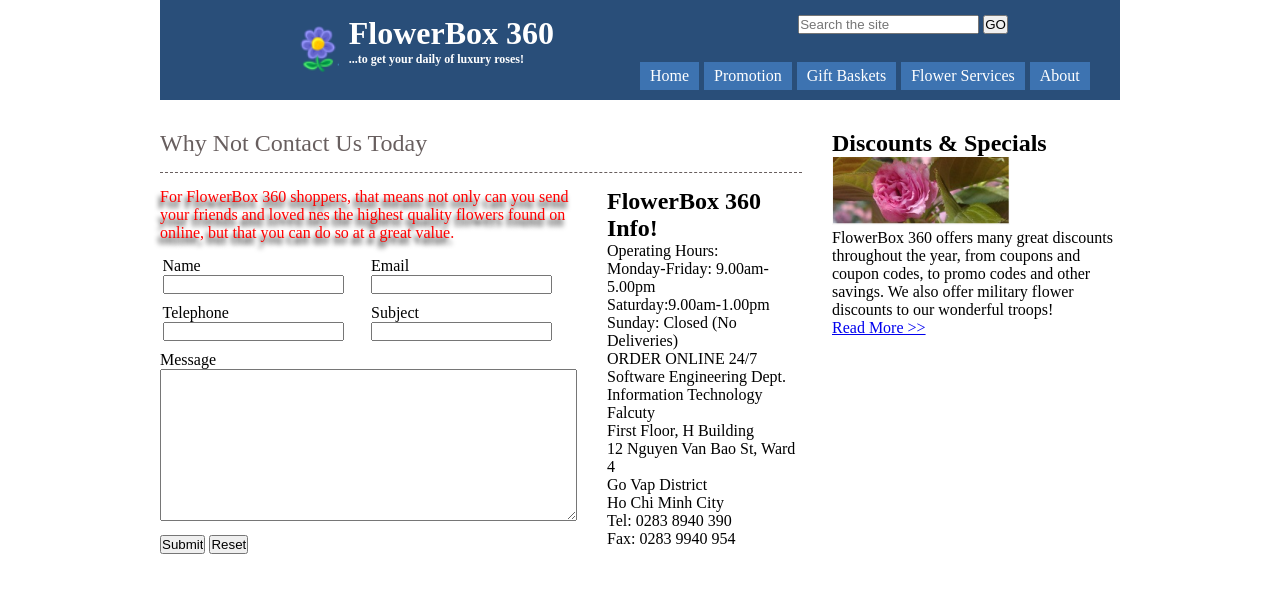
Repository: hoangnguyen1903/STT_21084321_NguyenHuyHoang_DHKHMT17B_Tuan4_DeThamKhao3
Page: html/demo.html
An editor plug-in stored every save of this project. The page is shown before and after the next save, followed by the edit.
The browser window is 1280 px wide. The pictures show the whole page.

Above is the page before, as saved 2023-03-09 15:00:46.

### html/demo.html
<!DOCTYPE html>
<html lang="en">
  <head>
    <meta charset="UTF-8" />
    <meta http-equiv="X-UA-Compatible" content="IE=edge" />
    <meta name="viewport" content="width=device-width, initial-scale=1.0" />
    <title>Demo 3</title>
    <style>
      * {
        padding: 0;
        box-sizing: border-box;
        margin: 0 auto;
      }

      .wrapper {
        width: 960px;
        height: 100%;
      }

      .header {
        width: 960px;
        height: 100px;
        background-color: #294e79;
        color: #fff;
        display: flex;
        position: relative;
      }

      .header > .header__left {
        display: flex;
        padding: 15px 20px;
      }

      .header > .header__left > img {
        padding-right: 10px;
      }

      .header > .header__left > div > h2 {
        font-size: 12px;
      }

      .header > .header__right {
        padding-top: 15px;
      }

      .header > .header__bottom {
        position: absolute;
        bottom: 10px;
        left: 50%;
        display: flex;
      }

      .header > .header__bottom > li {
        list-style: none;
        margin-right: 5px;
        background-color: #3d73b1;
        padding: 5px 10px;
      }

      .header > .header__bottom > li:hover {
        background-color: #fff;
      }

      .header > .header__bottom > li:hover > a {
        color: #000;
      }

      .header > .header__bottom > li > a {
        text-decoration: none;
        color: white;
      }

      .content {
        width: 960px;
        display: flex;
        margin-top: 30px;
      }

      .content > .content__left {
        width: calc(70% - 30px);
        margin-right: 30px;
      }

      .content > .content__left > .content__left-top {
        color: #685f5f;
        font-weight: 500;
        padding-bottom: 15px;
        border-bottom: 1px dashed #685f5f;
        margin-bottom: 15px;
      }

      .content > .content__left > .content__left-bottom {
        display: flex;
      }

      .content > .content__left > .content__left-bottom > .content__left-form {
        width: calc(70% - 30px);
        margin-right: 30px;
      }

      .content
        > .content__left
        > .content__left-bottom
        > .content__left-form
        > p {
        color: red;
        text-shadow: -2px 6px 5px #000;
        margin-bottom: 15px;
      }

      .content
        > .content__left
        > .content__left-bottom
        > .content__left-form
        > form {
        display: flex;
        flex-wrap: wrap;
      }

      .content
        > .content__left
        > .content__left-bottom
        > .content__left-form
        > form
        > div {
        width: calc(50% - 5px);
        margin-bottom: 10px;
      }

      .content
        > .content__left
        > .content__left-bottom
        > .content__left-form
        > form
        > div:nth-child(5) {
        width: 100%;
        margin-bottom: 10px;
      }

      .content
        > .content__left
        > .content__left-bottom
        > .content__left-form
        > form
        > div:nth-child(6) {
        width: 100%;
        margin-bottom: 10px;
      }

      .content > .content__right {
        width: 30%;
      }
    </style>
  </head>
  <body>
    <div class="wrapper">
      <div class="header">
        <div class="header__left">
          <img src="../img/AnhLogo.PNG" alt="Logo" class="logo" />
          <div>
            <h1>FlowerBox 360</h1>
            <h2>...to get your daily of luxury roses!</h2>
          </div>
        </div>
        <ul class="header__bottom">
          <li><a href="#">Home</a></li>
          <li><a href="#">Promotion</a></li>
          <li><a href="#">Gift Baskets</a></li>
          <li><a href="#">Flower Services</a></li>
          <li><a href="#">About</a></li>
        </ul>
        <div class="header__right">
          <input
            type="text"
            name="txt"
            id="txt"
            placeholder="Search the site"
          />
          <input type="button" value="GO" />
        </div>
      </div>
      <div class="content">
        <div class="content__left">
          <h2 class="content__left-top">Why Not Contact Us Today</h2>
          <div class="content__left-bottom">
            <div class="content__left-form">
              <p>
                For FlowerBox 360 shoppers, that means not only can you send
                your friends and loved nes the highest quality flowers found on
                online, but that you can do so at a great value.
              </p>
              <form action="">
                <div>
                  <label for="name">Name</label>
                  <input type="text" name="name" id="name" />
                </div>
                <div>
                  <label for="email">Email</label>
                  <input type="email" name="email" id="email" />
                </div>
                <div>
                  <label for="telephone">Telephone</label>
                  <input type="number" name="telephone" id="telephone" />
                </div>
                <div>
                  <label for="subject">Subject</label>
                  <input type="text" name="subject" id="subject" />
                </div>
                <div>
                  <label for="message">Message</label>
                  <div>
                    <textarea
                      name="message"
                      id="message"
                      cols="50"
                      rows="10"
                    ></textarea>
                  </div>
                </div>
                <div>
                  <input type="submit" value="Submit" />
                  <input type="reset" value="Reset" />
                </div>
              </form>
            </div>
            <div class="content__left-info">
              <h2 class="content__left-heading">FlowerBox 360 Info!</h2>
              <div>
                <p>Operating Hours:</p>
                <p>Monday-Friday: 9.00am-5.00pm</p>
                <p>Saturday:9.00am-1.00pm</p>
                <p>Sunday: Closed (No Deliveries)</p>
                <p>ORDER ONLINE 24/7</p>
              </div>
              <div>
                <p>Software Engineering Dept.</p>
                <p>Information Technology Falcuty</p>
                <p>First Floor, H Building</p>
              </div>
              <div>
                <p>12 Nguyen Van Bao St, Ward 4</p>
                <p>Go Vap District</p>
                <p>Ho Chi Minh City</p>
                <p>Tel: 0283 8940 390</p>
                <p>Fax: 0283 9940 954</p>
              </div>
            </div>
          </div>
        </div>
        <div class="content__right">
          <h2 class="content__right-top">Discounts & Specials</h2>
          <div class="content__right-bottom">
            <img src="../img/flower.PNG" alt="Flower" />
            <p>
              FlowerBox 360 offers many great discounts throughout the year,
              from coupons and coupon codes, to promo codes and other savings.
              We also offer military flower discounts to our wonderful troops!
            </p>
            <a href="#">Read More >></a>
          </div>
        </div>
      </div>
      <div class="footer"></div>
    </div>
  </body>
</html>

After the next save:
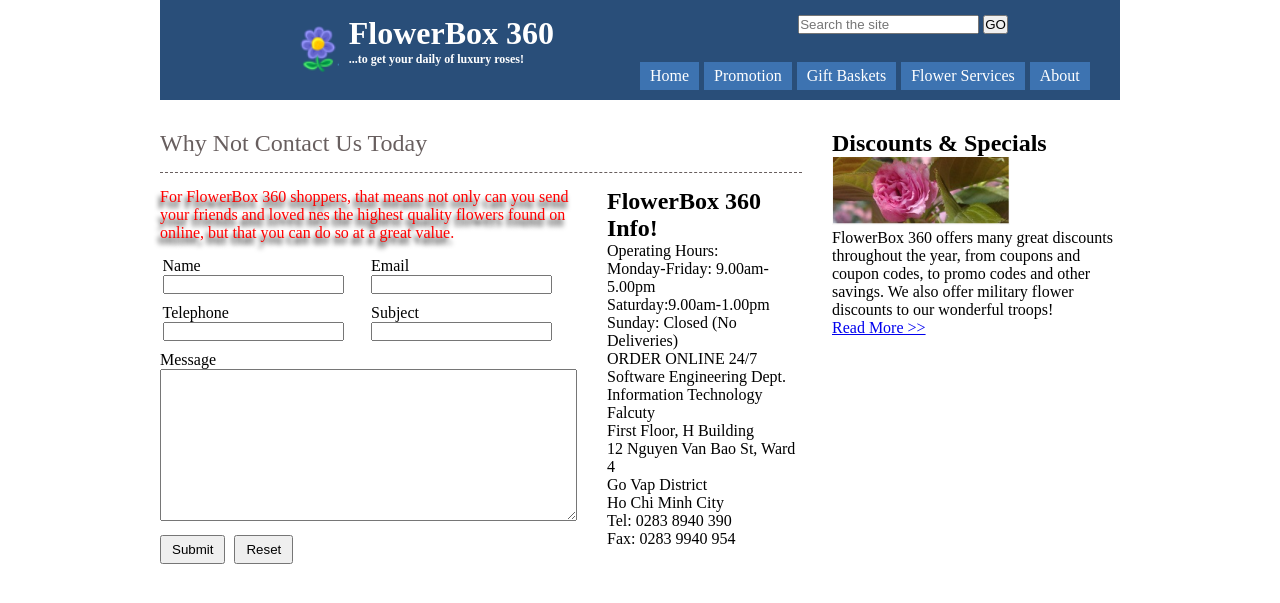
Saved 58 s later.
--- a/html/demo.html
+++ b/html/demo.html
@@ -145,6 +145,17 @@
         > div:nth-child(6) {
         width: 100%;
         margin-bottom: 10px;
+      }
+
+      .content
+        > .content__left
+        > .content__left-bottom
+        > .content__left-form
+        > form
+        > div:nth-child(6)
+        > input {
+        padding: 5px 10px;
+        margin-right: 5px;
       }
 
       .content > .content__right {
